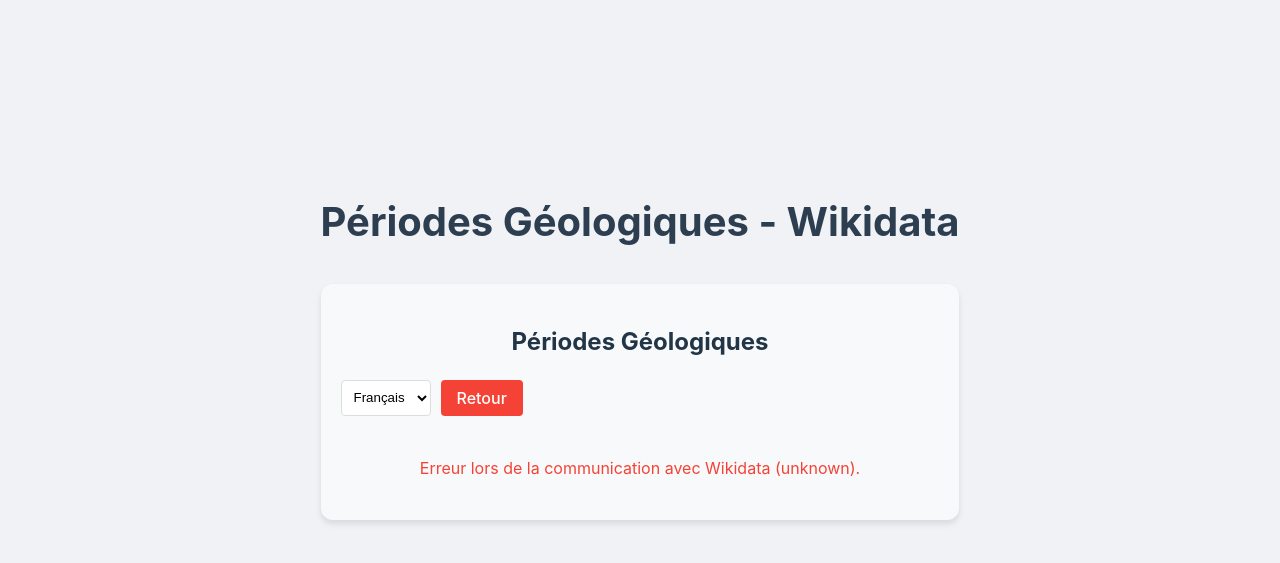
Repository: flobutbut/api_Wikidata
Page: /
The author's editor kept a copy of each file at every save. The page is drawn from the files as they stood at one save, then again after the next save.
The browser window is 1280 px wide. The pictures show the whole page.
The page's requests for data from a server got no answer. The project was rebuilt for these pictures with package versions that can differ from the ones it lists, and the page was loaded fresh each time. No one was signed in, and anything a server would have sent is missing. Also part of the build but not shown: vite.config.ts.

Above is the page before, as saved 2025-03-27 01:48:22.

### src/App.vue
<script setup lang="ts">
import GeologicalPeriods from './components/GeologicalPeriods.vue'
</script>

<template>
  <div class="app">
    <header>
      <h1>Périodes Géologiques - Wikidata</h1>
    </header>
    <main>
      <GeologicalPeriods />
    </main>
  </div>
</template>

<style>
.app {
  max-width: 1200px;
  margin: 0 auto;
  padding: 20px;
}

header {
  text-align: center;
  margin-bottom: 40px;
}

header h1 {
  color: #2c3e50;
  font-size: 2.5em;
  margin: 0;
}

main {
  background: #f8f9fa;
  border-radius: 12px;
  box-shadow: 0 4px 6px rgba(0, 0, 0, 0.1);
}

body {
  margin: 0;
  font-family: -apple-system, BlinkMacSystemFont, 'Segoe UI', Roboto, Oxygen,
    Ubuntu, Cantarell, 'Open Sans', 'Helvetica Neue', sans-serif;
  -webkit-font-smoothing: antialiased;
  -moz-osx-font-smoothing: grayscale;
  background: #f0f2f5;
}
</style>

### src/components/GeologicalPeriods.vue
<template>
  <div class="geological-periods">
    <h2>Périodes Géologiques</h2>

    <div class="controls">
      <select v-model="selectedLanguage" @change="fetchPeriods">
        <option value="fr">Français</option>
        <option value="en">English</option>
      </select>
      <button @click="goBack" class="back-button">
        Retour
      </button>
    </div>

    <div v-if="loading" class="loading">
      Chargement...
    </div>

    <div v-else-if="error" class="error">
      {{ error }}
    </div>

    <div v-else class="periods-list">
      <div
        v-for="period in periods"
        :key="period.id"
        class="period-item"
        @click="enterPeriod(period)"
      >
        <div class="period-info">
          <h3>{{ period.label }}</h3>
          <p v-if="period.startDate || period.endDate">
            {{ period.startDate ? `Début: ${period.startDate}` : '' }}
            {{ period.endDate ? ` - Fin: ${period.endDate}` : '' }}
          </p>
        </div>
        <div class="period-arrow">→</div>
      </div>
    </div>
  </div>
</template>

<script setup lang="ts">
import { ref, onMounted } from 'vue';
import { WikidataService } from '../services/wikidata';
import type { GeologicalPeriod } from '../types/geological';

const wikidataService = WikidataService.getInstance();
const periods = ref<GeologicalPeriod[]>([]);
const loading = ref(false);
const error = ref<string | null>(null);
const selectedLanguage = ref('fr');
const currentParent = ref<string | null>(null);

const fetchPeriods = async () => {
  loading.value = true;
  error.value = null;

  try {
    const options = {
      language: selectedLanguage.value,
      parentId: currentParent.value || undefined
    };

    periods.value = await wikidataService.getGeologicalPeriods(options);
  } catch (err) {
    error.value = err instanceof Error ? err.message : 'Une erreur est survenue';
  } finally {
    loading.value = false;
  }
};

const enterPeriod = (period: GeologicalPeriod) => {
  currentParent.value = period.id;
  fetchPeriods();
};

const goBack = () => {
  currentParent.value = null;
  fetchPeriods();
};

onMounted(fetchPeriods);
</script>

<style scoped>
.geological-periods {
  padding: 20px;
  max-width: 800px;
  margin: 0 auto;
}

.controls {
  display: flex;
  gap: 10px;
  margin-bottom: 20px;
}

.period-item {
  display: flex;
  justify-content: space-between;
  align-items: flex-start;
  padding: 15px;
  border: 1px solid #ddd;
  margin-bottom: 10px;
  border-radius: 4px;
  cursor: pointer;
  transition: all 0.2s ease;
  background-color: white;
}

.period-item:hover {
  box-shadow: 0 2px 5px rgba(0,0,0,0.1);
  border-color: #4CAF50;
}

.period-info {
  flex: 1;
  text-align: left;
}

.period-info h3 {
  margin: 0 0 10px 0;
  color: #333;
}

.period-info p {
  margin: 5px 0;
  color: #666;
}

.period-arrow {
  color: #4CAF50;
  font-size: 1.2em;
  margin-left: 10px;
  padding-top: 3px;
}

.back-button {
  padding: 8px 16px;
  background-color: #f44336;
  color: white;
  border: none;
  border-radius: 4px;
  cursor: pointer;
  transition: background-color 0.2s ease;
}

.back-button:hover {
  background-color: #d32f2f;
}

.loading, .error {
  text-align: center;
  padding: 20px;
}

.error {
  color: #f44336;
}

select {
  padding: 8px;
  border-radius: 4px;
  border: 1px solid #ddd;
  background-color: white;
}
</style>

### src/services/wikidata.ts
import axios, { AxiosError } from 'axios';
import type { GeologicalPeriod, WikidataResponse } from '../types/geological';

const WIKIDATA_API_URL = '/api/wikidata/sparql';
const MAX_RETRIES = 3;
const RETRY_DELAY = 1000; // 1 seconde
const REQUEST_TIMEOUT = 30000; // 30 secondes
const CACHE_DURATION = 5 * 60 * 1000; // 5 minutes

interface CacheEntry {
  data: GeologicalPeriod[];
  timestamp: number;
}

interface QueryOptions {
  limit?: number;
  offset?: number;
  language?: string;
  parentId?: string;
}

export class WikidataError extends Error {
  constructor(
    message: string,
    public code: string,
    public originalError?: Error
  ) {
    super(message);
    this.name = 'WikidataError';
  }
}

export class WikidataService {
  private static instance: WikidataService;
  private cache: Map<string, CacheEntry> = new Map();
  private defaultLimit = 20;
  private defaultLanguage = 'fr';

  private constructor() {}

  static getInstance(): WikidataService {
    if (!WikidataService.instance) {
      WikidataService.instance = new WikidataService();
    }
    return WikidataService.instance;
  }

  private getCacheKey(options: QueryOptions): string {
    return `${options.limit}-${options.offset}-${options.language}-${options.parentId || 'root'}`;
  }

  private getFromCache(key: string): GeologicalPeriod[] | null {
    const entry = this.cache.get(key);
    if (entry && Date.now() - entry.timestamp < CACHE_DURATION) {
      return entry.data;
    }
    return null;
  }

  private setCache(key: string, data: GeologicalPeriod[]): void {
    this.cache.set(key, {
      data,
      timestamp: Date.now()
    });
  }

  private async retryOperation<T>(
    operation: () => Promise<T>,
    retries = MAX_RETRIES
  ): Promise<T> {
    try {
      return await operation();
    } catch (error) {
      if (retries > 0 && this.isRetryableError(error)) {
        await new Promise(resolve => setTimeout(resolve, RETRY_DELAY));
        return this.retryOperation(operation, retries - 1);
      }
      throw this.handleError(error);
    }
  }

  private isRetryableError(error: unknown): boolean {
    if (error instanceof AxiosError) {
      return (
        error.response?.status === 503 ||
        error.response?.status === 429 ||
        error.code === 'ECONNABORTED' ||
        error.code === 'ETIMEDOUT'
      );
    }
    return false;
  }

  private handleError(error: unknown): WikidataError {
    console.error('Gestion de l\'erreur:', error);
    if (error instanceof AxiosError) {
      console.error('Détails de l\'erreur Axios:', {
        status: error.response?.status,
        statusText: error.response?.statusText,
        data: error.response?.data,
        headers: error.response?.headers
      });

      if (error.response?.status === 429) {
        return new WikidataError(
          'Trop de requêtes. Veuillez réessayer plus tard.',
          'RATE_LIMIT',
          error
        );
      }
      if (error.response?.status === 503) {
        return new WikidataError(
          'Service temporairement indisponible.',
          'SERVICE_UNAVAILABLE',
          error
        );
      }
      if (error.response?.status === 404) {
        return new WikidataError(
          'Endpoint Wikidata non trouvé. Vérifiez la configuration du proxy.',
          'ENDPOINT_NOT_FOUND',
          error
        );
      }
      return new WikidataError(
        `Erreur lors de la communication avec Wikidata (${error.response?.status || 'unknown'}).`,
        'API_ERROR',
        error
      );
    }
    return new WikidataError(
      'Une erreur inattendue est survenue.',
      'UNKNOWN_ERROR',
      error instanceof Error ? error : undefined
    );
  }

  private buildQuery(options: QueryOptions): string {
    const { language = 'fr', parentId } = options;

    const parentFilter = parentId
      ? `?item wdt:P361 wd:${parentId}.`  // Si on a un parent, on cherche ses enfants
      : `VALUES ?item { wd:Q104460 wd:Q104168 wd:Q104162 wd:Q101313 }`; // Liste des éons

    return `
      SELECT DISTINCT ?item ?itemLabel ?startDate ?endDate
      WHERE {
        ${parentFilter}
        SERVICE wikibase:label {
          bd:serviceParam wikibase:language "${language},en".
          ?item rdfs:label ?itemLabel.
        }
        OPTIONAL { ?item wdt:P580 ?startDate. }
        OPTIONAL { ?item wdt:P582 ?endDate. }
        FILTER(?itemLabel != "")
      }
      ORDER BY DESC(?startDate)
    `;
  }

  private transformResponse(bindings: any[]): GeologicalPeriod[] {
    return bindings.map(binding => {
      if (!binding.item?.value || !binding.itemLabel?.value) {
        throw new WikidataError(
          'Données de période géologique invalides',
          'INVALID_PERIOD_DATA'
        );
      }

      return {
        id: binding.item.value.split('/').pop() || '',
        label: binding.itemLabel.value,
        description: undefined,
        startDate: binding.start?.value,
        endDate: binding.end?.value,
        parentPeriod: undefined,
        childPeriods: []
      };
    });
  }

  async getGeologicalPeriods(options: QueryOptions = {}): Promise<GeologicalPeriod[]> {
    const cacheKey = this.getCacheKey(options);
    const cachedData = this.getFromCache(cacheKey);
    if (cachedData) {
      return cachedData;
    }

    return this.retryOperation(async () => {
      const query = this.buildQuery(options);
      console.log('Requête SPARQL:', query);

      try {
        const response = await axios.get(WIKIDATA_API_URL, {
          params: {
            query,
            format: 'json'
          },
          timeout: REQUEST_TIMEOUT,
          headers: {
            'Accept': 'application/sparql-results+json'
          }
        });

        if (!response.data || !response.data.results || !response.data.results.bindings) {
          console.error('Structure de réponse invalide:', response.data);
          throw new WikidataError(
            'Réponse invalide de Wikidata',
            'INVALID_RESPONSE'
          );
        }

        const periods = this.transformResponse(response.data.results.bindings);
        this.setCache(cacheKey, periods);
        return periods;
      } catch (error) {
        console.error('Erreur détaillée:', error);
        if (error instanceof AxiosError) {
          console.error('Status:', error.response?.status);
          console.error('Headers:', error.response?.headers);
          console.error('Data:', error.response?.data);
        }
        throw error;
      }
    });
  }

  async getChildPeriods(parentId: string, options: QueryOptions = {}): Promise<GeologicalPeriod[]> {
    return this.getGeologicalPeriods({
      ...options,
      parentId
    });
  }
}

Loaded but not shown: index.html (common file); src/main.ts (common file); src/style.css (common file)

After the next save:
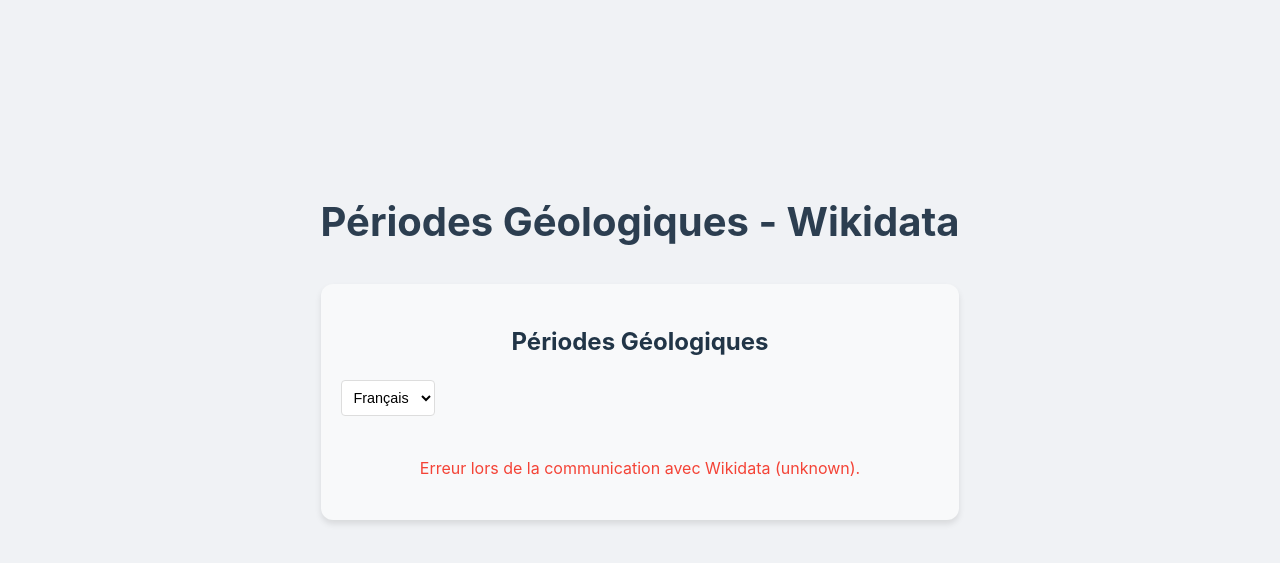
Saved 5 min 33 s later.
--- a/src/components/GeologicalPeriods.vue
+++ b/src/components/GeologicalPeriods.vue
@@ -7,7 +7,11 @@
         <option value="fr">Français</option>
         <option value="en">English</option>
       </select>
-      <button @click="goBack" class="back-button">
+      <button
+        v-if="currentParent"
+        @click="goBack"
+        class="back-button"
+      >
         Retour
       </button>
     </div>
@@ -29,7 +33,7 @@
       >
         <div class="period-info">
           <h3>{{ period.label }}</h3>
-          <p v-if="period.startDate || period.endDate">
+          <p v-if="period.startDate || period.endDate" class="period-dates">
             {{ period.startDate ? `Début: ${period.startDate}` : '' }}
             {{ period.endDate ? ` - Fin: ${period.endDate}` : '' }}
           </p>
@@ -94,12 +98,13 @@
   display: flex;
   gap: 10px;
   margin-bottom: 20px;
+  align-items: center;
 }
 
 .period-item {
   display: flex;
   justify-content: space-between;
-  align-items: flex-start;
+  align-items: center;
   padding: 15px;
   border: 1px solid #ddd;
   margin-bottom: 10px;
@@ -122,18 +127,20 @@
 .period-info h3 {
   margin: 0 0 10px 0;
   color: #333;
+  font-size: 1.2em;
 }
 
-.period-info p {
+.period-dates {
   margin: 5px 0;
   color: #666;
+  font-size: 0.9em;
 }
 
 .period-arrow {
   color: #4CAF50;
   font-size: 1.2em;
-  margin-left: 10px;
-  padding-top: 3px;
+  margin-left: 15px;
+  padding: 0 5px;
 }
 
 .back-button {
@@ -144,6 +151,7 @@
   border-radius: 4px;
   cursor: pointer;
   transition: background-color 0.2s ease;
+  font-size: 0.9em;
 }
 
 .back-button:hover {
@@ -164,5 +172,6 @@
   border-radius: 4px;
   border: 1px solid #ddd;
   background-color: white;
+  font-size: 0.9em;
 }
 </style>

After the save that followed:
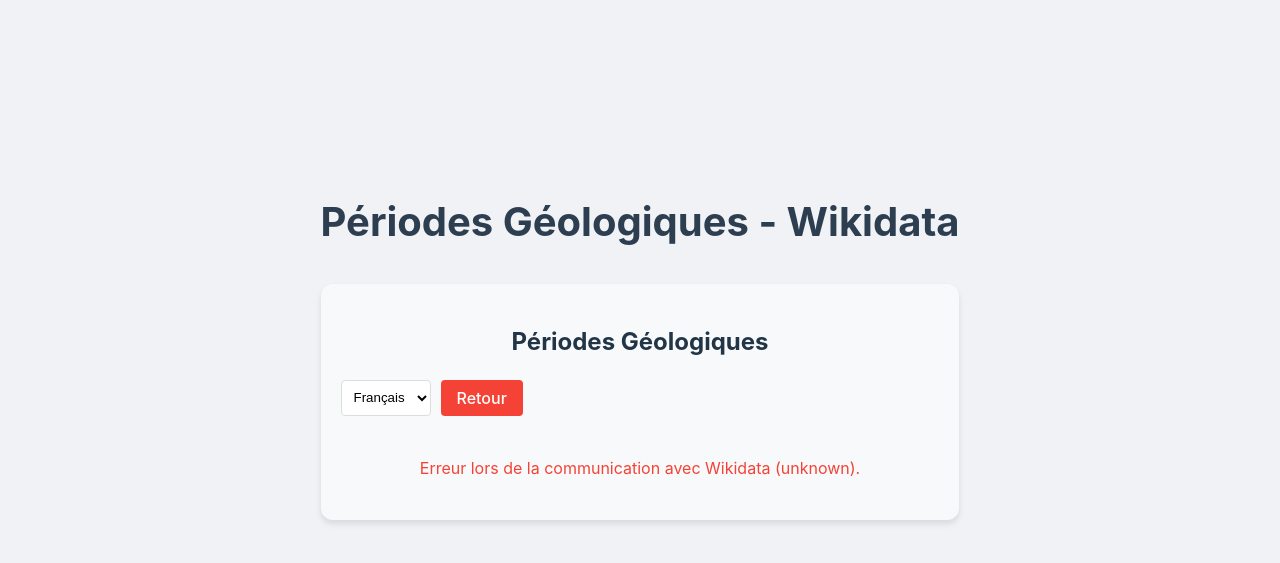
Saved 57 s later.
--- a/src/components/GeologicalPeriods.vue
+++ b/src/components/GeologicalPeriods.vue
@@ -7,11 +7,7 @@
         <option value="fr">Français</option>
         <option value="en">English</option>
       </select>
-      <button
-        v-if="currentParent"
-        @click="goBack"
-        class="back-button"
-      >
+      <button @click="goBack" class="back-button">
         Retour
       </button>
     </div>
@@ -33,7 +29,7 @@
       >
         <div class="period-info">
           <h3>{{ period.label }}</h3>
-          <p v-if="period.startDate || period.endDate" class="period-dates">
+          <p v-if="period.startDate || period.endDate">
             {{ period.startDate ? `Début: ${period.startDate}` : '' }}
             {{ period.endDate ? ` - Fin: ${period.endDate}` : '' }}
           </p>
@@ -98,13 +94,12 @@
   display: flex;
   gap: 10px;
   margin-bottom: 20px;
-  align-items: center;
 }
 
 .period-item {
   display: flex;
   justify-content: space-between;
-  align-items: center;
+  align-items: flex-start;
   padding: 15px;
   border: 1px solid #ddd;
   margin-bottom: 10px;
@@ -127,20 +122,18 @@
 .period-info h3 {
   margin: 0 0 10px 0;
   color: #333;
-  font-size: 1.2em;
 }
 
-.period-dates {
+.period-info p {
   margin: 5px 0;
   color: #666;
-  font-size: 0.9em;
 }
 
 .period-arrow {
   color: #4CAF50;
   font-size: 1.2em;
-  margin-left: 15px;
-  padding: 0 5px;
+  margin-left: 10px;
+  padding-top: 3px;
 }
 
 .back-button {
@@ -151,7 +144,6 @@
   border-radius: 4px;
   cursor: pointer;
   transition: background-color 0.2s ease;
-  font-size: 0.9em;
 }
 
 .back-button:hover {
@@ -172,6 +164,5 @@
   border-radius: 4px;
   border: 1px solid #ddd;
   background-color: white;
-  font-size: 0.9em;
 }
 </style>
